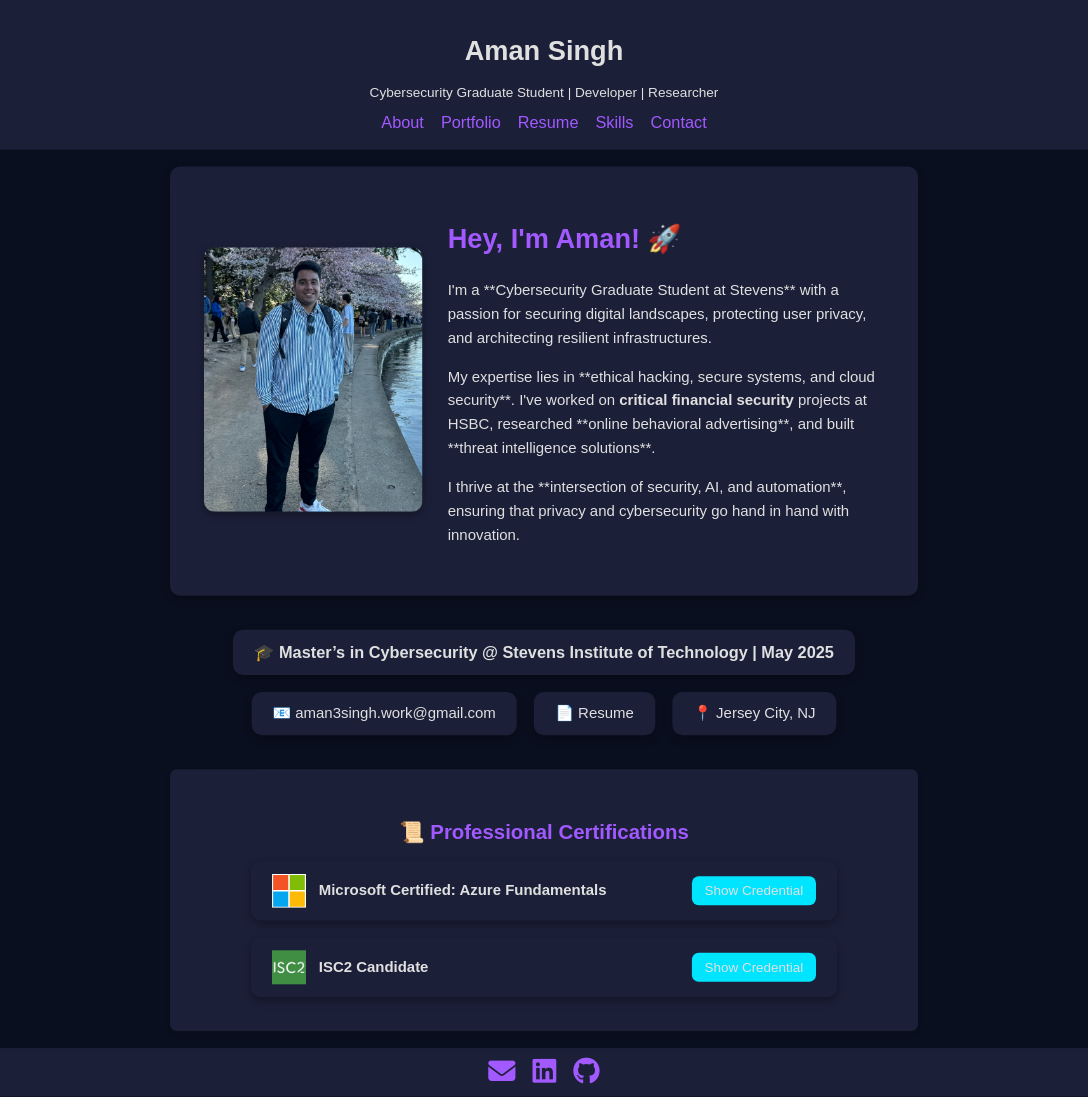
Repository: aman3singh/portfolio
Page: index.html
An editor plug-in stored every save of this project. The page is shown before and after the next save, followed by the edit.
The browser window is 1280 px wide. The pictures show the whole page, at 85% of full size.

Above is the page before, as saved 2025-02-11 22:39:02.

### index.html
<!DOCTYPE html>
<html lang="en">
<head>
    <meta charset="UTF-8">
    <meta name="viewport" content="width=device-width, initial-scale=1.0">
    <title>Aman Singh | Cybersecurity Portfolio</title>
    <link rel="stylesheet" href="styles.css">
    <link rel="stylesheet" href="https://cdnjs.cloudflare.com/ajax/libs/font-awesome/6.4.2/css/all.min.css">
</head>
<body>
    <header>
        <h1>Aman Singh</h1>
        <p>Cybersecurity Graduate Student | Developer | Researcher</p>
        <nav>
            <a href="#about">About</a>
            <a href="portfolio.html">Portfolio</a>
            <a href="resume.html">Resume</a>
            <a href="#skills">Skills</a>
            <a href="#contact">Contact</a>
        </nav>
    </header>

    <section id="about" style="display: flex; align-items: center; gap: 30px; padding: 40px;">
        <div style="flex: 1; text-align: center;">
            <img src="Aman.jpg" alt="Aman Singh" style="width: 100%; max-width: 300px; border-radius: 12px; box-shadow: 0px 4px 10px rgba(0, 0, 0, 0.3);">
        </div>
        <div style="flex: 2;">
            <h2 style="color: #A259FF;">Hey, I'm Aman! 🚀</h2>
            <p>
                I'm a **Cybersecurity Graduate Student at Stevens** with a passion for securing digital landscapes, protecting user privacy, and architecting resilient infrastructures.
            </p>
            <p>
                My expertise lies in **ethical hacking, secure systems, and cloud security**. I've worked on <b>critical financial security</b> projects at HSBC, researched **online behavioral advertising**, and built **threat intelligence solutions**.
            </p>
            <p>
                I thrive at the **intersection of security, AI, and automation**, ensuring that privacy and cybersecurity go hand in hand with innovation.
            </p>
        </div>
    </section>

    <div style="display: flex; flex-direction: column; align-items: center; text-align: center; gap: 20px; padding: 20px;">
        <div style="background-color: #1B1F38; padding: 15px 25px; border-radius: 12px; font-size: 1.2em; box-shadow: 0px 4px 10px rgba(0, 0, 0, 0.3);">
            🎓 <b>Master’s in Cybersecurity @ Stevens Institute of Technology | May 2025</b>
        </div>
        <div style="display: flex; gap: 20px;">
            <div style="background-color: #1B1F38; padding: 15px 25px; border-radius: 12px; font-size: 1.1em; box-shadow: 0px 4px 10px rgba(0, 0, 0, 0.3);">
                📧 <a href="mailto:aman3singh.work@gmail.com" style="color: #E0E0E0; text-decoration: none;">aman3singh.work@gmail.com</a>
            </div>
            <div style="background-color: #1B1F38; padding: 15px 25px; border-radius: 12px; font-size: 1.1em; box-shadow: 0px 4px 10px rgba(0, 0, 0, 0.3);">
                📄 <a href="resume.html" style="color: #E0E0E0; text-decoration: none;">Resume</a>
            </div>
            <div style="background-color: #1B1F38; padding: 15px 25px; border-radius: 12px; font-size: 1.1em; box-shadow: 0px 4px 10px rgba(0, 0, 0, 0.3);">
                📍 Jersey City, NJ
            </div>
        </div>
    </div>

    <section id="certifications" style="padding: 40px; text-align: center;">
        <h2 style="color: #A259FF;">📜 Professional Certifications</h2>
        <div style="display: flex; flex-direction: column; align-items: center; gap: 20px;">
            <div style="background-color: #1B1F38; padding: 15px 25px; border-radius: 12px; font-size: 1.1em; width: 80%; display: flex; align-items: center; justify-content: space-between; box-shadow: 0px 4px 10px rgba(0, 0, 0, 0.3);">
                <div style="display: flex; align-items: center; gap: 15px;">
                    <img src="microsoft_logo.svg" alt="Microsoft Logo" style="height: 40px;">
                    <b>Microsoft Certified: Azure Fundamentals</b>
                </div>
                <a href="https://learn.microsoft.com/en-us/users/amansingh-1923/credentials/2ef5697650f7d138?ref=https%3A%2F%2Fwww.linkedin.com%2F" target="_blank" style="color: #E0E0E0; text-decoration: none; background-color: #00E5FF; padding: 8px 15px; border-radius: 8px; font-size: 0.9em;">Show Credential</a>
            </div>
            <div style="background-color: #1B1F38; padding: 15px 25px; border-radius: 12px; font-size: 1.1em; width: 80%; display: flex; align-items: center; justify-content: space-between; box-shadow: 0px 4px 10px rgba(0, 0, 0, 0.3);">
                <div style="display: flex; align-items: center; gap: 15px;">
                    <img src="isc2_logo.jpg" alt="ISC2 Logo" style="height: 40px;">
                    <b>ISC2 Candidate</b>
                </div>
                <a href="https://www.credly.com/badges/34d270c8-7299-4ed3-a625-0a13da7394b7/linked_in_profile" target="_blank" style="color: #E0E0E0; text-decoration: none; background-color: #00E5FF; padding: 8px 15px; border-radius: 8px; font-size: 0.9em;">Show Credential</a>
            </div>
        </div>
    </section>

    <footer>
            <div class="social-links" style="display: flex; gap: 20px; font-size: 2rem;">
                <a href="mailto:aman3singh.work@gmail.com" target="_blank">
                    <i class="fa-solid fa-envelope"></i>
                </a>
                <a href="https://www.linkedin.com/in/aman-singh7/" target="_blank">
                    <i class="fa-brands fa-linkedin"></i>
                </a>
                <a href="https://github.com/aman3singh" target="_blank">
                    <i class="fa-brands fa-github"></i>
                </a>
            </div>
    </footer>
</body>
</html>

### styles.css
body {
    font-family: 'Arial', sans-serif;
    margin: 0;
    padding: 0;
    background-color: #0A0F1F;
    color: #E0E0E0;
}

header {
    background-color: #1B1F38;
    color: 	#E0E0E0;
    text-align: center;
    padding: 20px;
}

nav {
    display: flex;
    justify-content: center;
    gap: 20px;
}

nav a {
    color: #A259FF;
    text-decoration: none;
    font-size: 1.2em;
    transition: color 0.3s;
}

nav a:hover {
    color: #00E5FF;
}

section {
    padding: 20px;
    margin: 20px auto;
    max-width: 800px;
    background: #1B1F38;
    box-shadow: 0px 4px 6px rgba(0, 0, 0, 0.1);
    border-radius: 8px;
}

h2 {
    color: #A259FF;
}
#about {
    display: flex;
    align-items: center;
    gap: 30px;
    padding: 40px;
    background-color: #1B1F38;
    border-radius: 12px;
    box-shadow: 0px 4px 10px rgba(0, 0, 0, 0.3);
}

#about img {
    width: 100%;
    max-width: 300px;
    border-radius: 12px;
    box-shadow: 0px 4px 10px rgba(0, 0, 0, 0.3);
}

#about h2 {
    color: #A259FF;
    font-size: 2em;
}

#about p {
    color: #E0E0E0;
    font-size: 1.1em;
    line-height: 1.6;
}
#resume-container {
    display: flex;
    justify-content: center;
    align-items: center;
    min-height: 100vh;
    background-color: #0A0F1F; /* Match with your theme */
    padding-bottom: 0; /* Ensures no extra padding */
    overflow: hidden; /* Prevents extra scrolling */
}

#resume-container iframe {
    width: 80%;
    height: 100vh; /* Make it take full viewport height */
    border: none;
    background-color: transparent;
}

.project {
    border-left: 4px solid #A259FF;
    padding-left: 10px;
    margin-bottom: 15px;
}

.social-links {
    display: flex;
    justify-content: center;
    gap: 15px;
    font-size: 2rem;
}

.social-links a {
    color: #A259FF;
    transition: color 0.3s;
}

.social-links a:hover {
    color: #00E5FF;
}

footer {
    text-align: center;
    padding: 10px;
    background-color: #1B1F38;
    color: #E0E0E0;
}

After the next save:
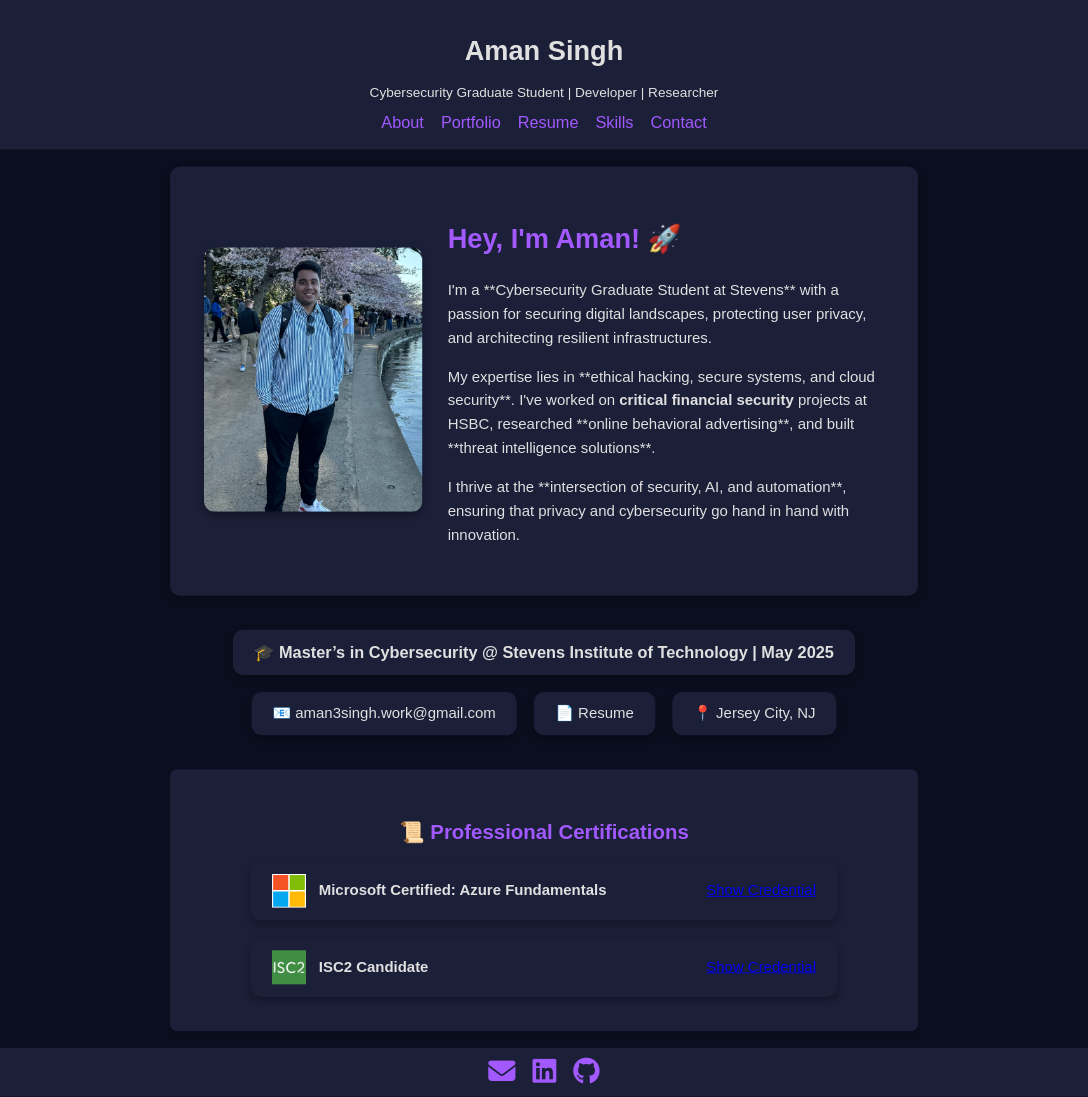
Saved 4 min 48 s later.
--- a/index.html
+++ b/index.html
@@ -63,14 +63,14 @@
                     <img src="microsoft_logo.svg" alt="Microsoft Logo" style="height: 40px;">
                     <b>Microsoft Certified: Azure Fundamentals</b>
                 </div>
-                <a href="https://learn.microsoft.com/en-us/users/amansingh-1923/credentials/2ef5697650f7d138?ref=https%3A%2F%2Fwww.linkedin.com%2F" target="_blank" style="color: #E0E0E0; text-decoration: none; background-color: #00E5FF; padding: 8px 15px; border-radius: 8px; font-size: 0.9em;">Show Credential</a>
+                <a href="https://learn.microsoft.com/en-us/users/amansingh-1923/credentials/2ef5697650f7d138?ref=https%3A%2F%2Fwww.linkedin.com%2F" target="_blank" class="credential-button">Show Credential</a>
             </div>
             <div style="background-color: #1B1F38; padding: 15px 25px; border-radius: 12px; font-size: 1.1em; width: 80%; display: flex; align-items: center; justify-content: space-between; box-shadow: 0px 4px 10px rgba(0, 0, 0, 0.3);">
                 <div style="display: flex; align-items: center; gap: 15px;">
                     <img src="isc2_logo.jpg" alt="ISC2 Logo" style="height: 40px;">
                     <b>ISC2 Candidate</b>
                 </div>
-                <a href="https://www.credly.com/badges/34d270c8-7299-4ed3-a625-0a13da7394b7/linked_in_profile" target="_blank" style="color: #E0E0E0; text-decoration: none; background-color: #00E5FF; padding: 8px 15px; border-radius: 8px; font-size: 0.9em;">Show Credential</a>
+                <a href="https://www.credly.com/badges/34d270c8-7299-4ed3-a625-0a13da7394b7/linked_in_profile" target="_blank" class="credential-button">Show Credential</a>
             </div>
         </div>
     </section>
